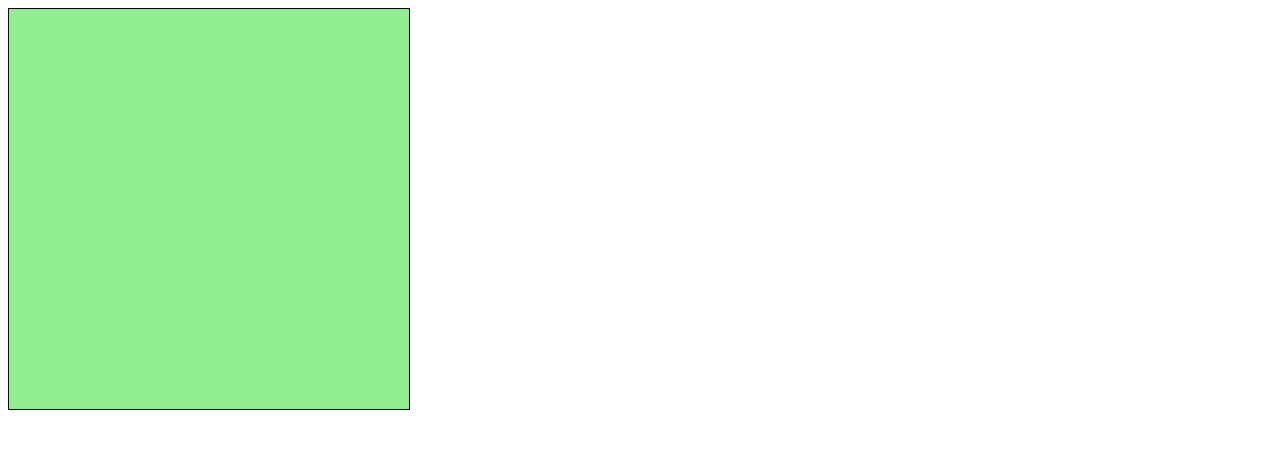
Repository: albinsabu2023/Stopwatch-program
Page: index.html
An editor plug-in stored every save of this project. The page is shown before and after the next save, followed by the edit.
The browser window is 1280 px wide. The pictures show the whole page.

Above is the page before, as saved 2023-03-03 18:23:23.

After the next save:
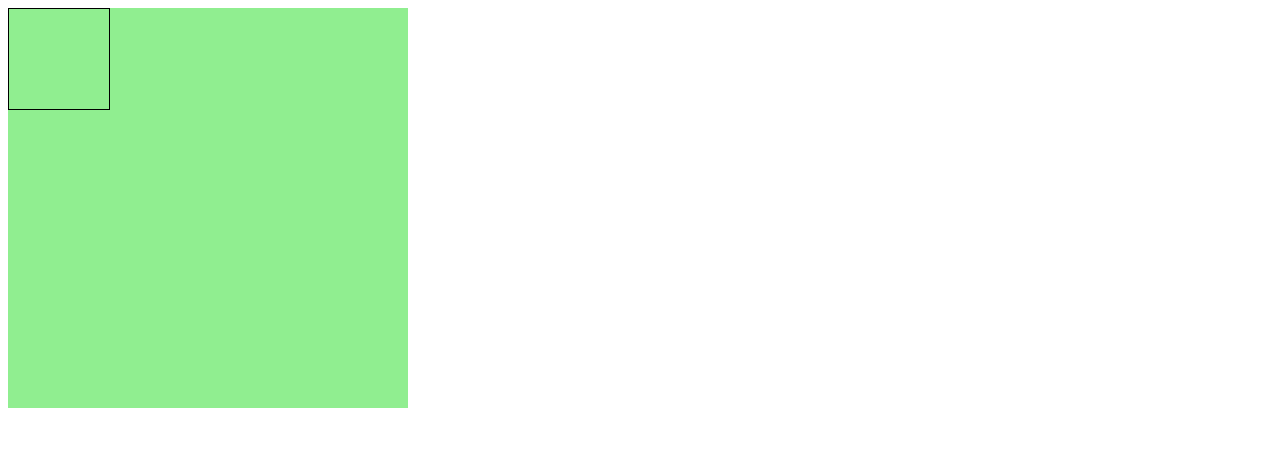
Saved 16 s later.
--- a/style.css
+++ b/style.css
@@ -4,7 +4,7 @@
     width: 100px;
     border: 1px solid black;
 }
-#innerdiv {
+#outerdiv {
     background-color: lightgreen;
     height: 400px;
     width: 400px;
